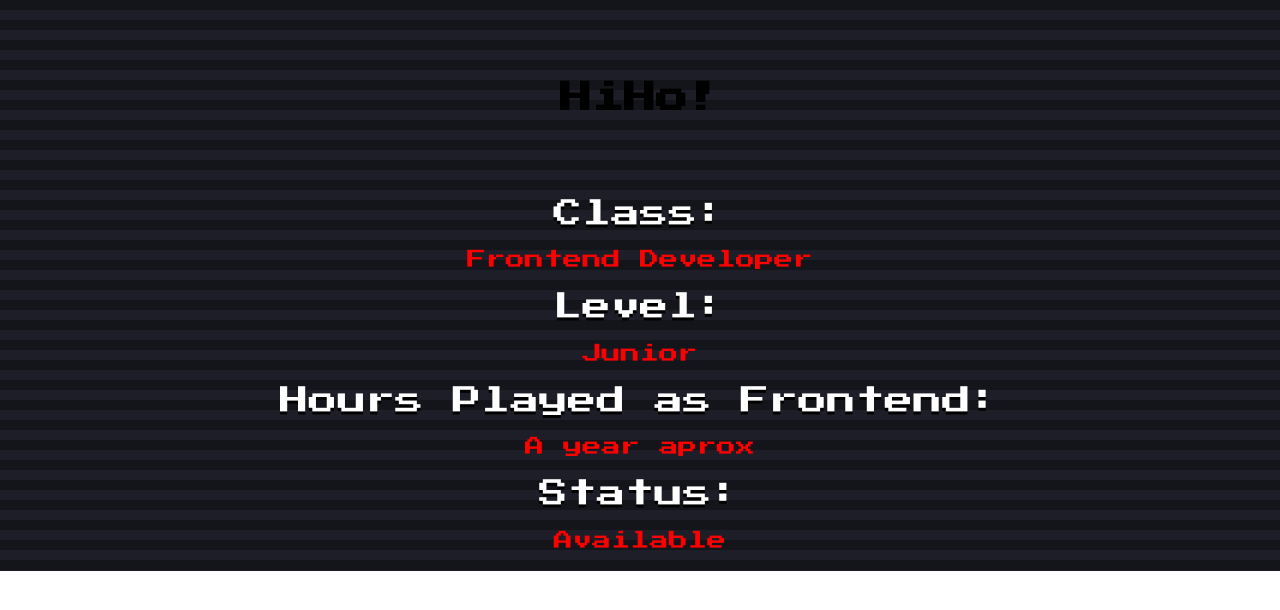
Repository: sernalab/soon
Page: index.html
An editor plug-in stored every save of this project. The page is shown before and after the next save, followed by the edit.
The browser window is 1280 px wide. The pictures show the whole page.
Some web fonts or font styles are not loaded; a fallback is used.

Above is the page before, as saved 2018-12-27 00:27:04.

After the next save:
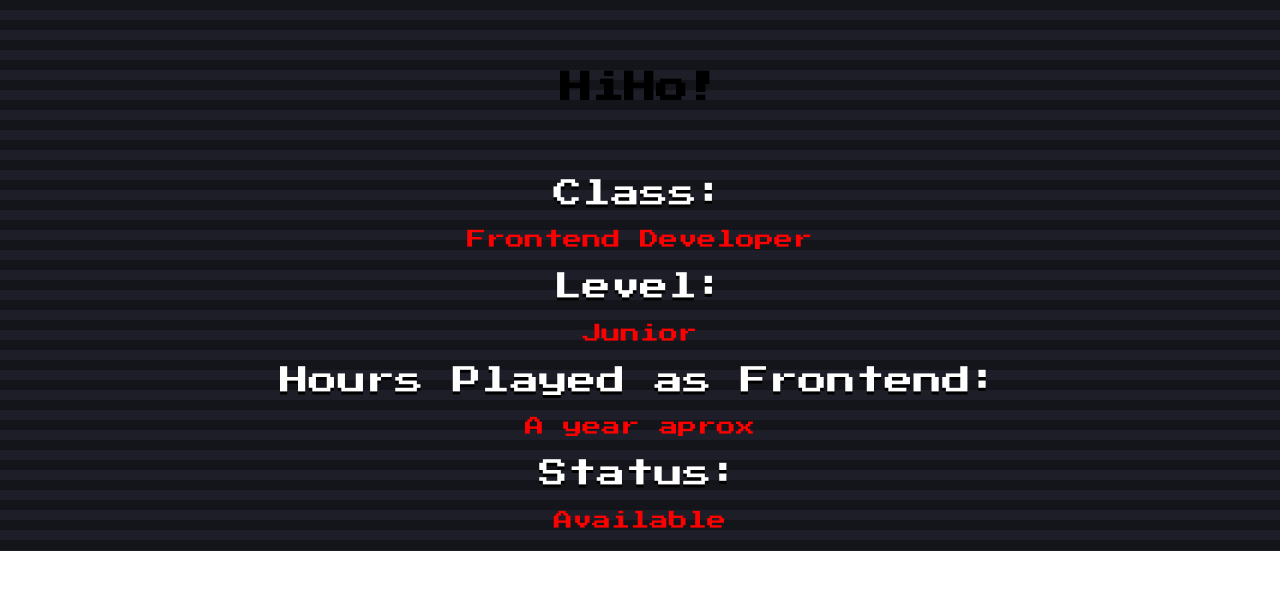
Saved 6 s later.
--- a/css/styles.css
+++ b/css/styles.css
@@ -435,7 +435,7 @@ main {
 }
 
 h1 {
-    margin: 80px 0;
+    margin: 70px 0;
 }
 
 span {
